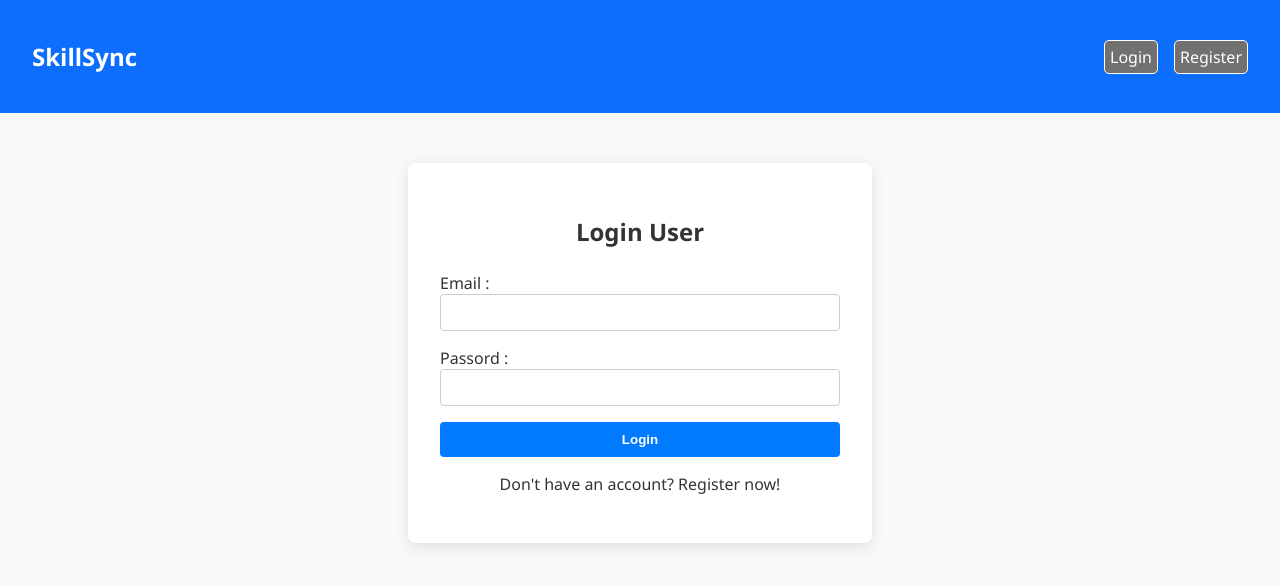
Repository: bharathabhi46/SkillSync-FrontEnd
Page: /UserList
An editor plug-in stored every save of this project. The page is shown before and after the next save, followed by the edit.
The browser window is 1280 px wide. The pictures show the whole page.
The project was rebuilt for these pictures with package versions that can differ from the ones it lists, and the page was loaded fresh each time. Also part of the build but not shown: vite.config.js, src/Components/CreateUser/CreateUser.css, src/Components/CreateUser/CreateUser.jsx, src/Components/UserList/UserList.css, src/Components/UserList/UserList.jsx, src/Components/EditUser/EditUser.css, src/Components/EditUser/EditUser.jsx, src/Components/RegisterUser/RegisterUser.css and 3 more.

Above is the page before, as saved 2025-06-28 14:20:38.

### src/main.jsx
import { StrictMode } from "react";
import { createRoot } from "react-dom/client";
import { BrowserRouter } from "react-router-dom";
import App from "./App.jsx";

createRoot(document.getElementById("root")).render(
  <BrowserRouter>
    <App />
  </BrowserRouter>
);

### src/App.jsx
import React from "react";
import CreateUser from "./Components/CreateUser/CreateUser";
import UserList from "./Components/UserList/UserList";
import EditUser from "./Components/EditUser/EditUser";
import { Route, Routes } from "react-router-dom";
import RegisterUser from "./Components/RegisterUser/RegisterUser";
import LoginUser from "./Components/LoginUser/LoginUser";
import "./App.css";
import PrivateAuth from "./Components/PrivateAuth/PrivateAuth";
import NavBar from "./Components/NavBar/NavBar";
import Home from "./Components/Home/Home";
const App = () => {
  return (
    <div>
      <NavBar />
      <Routes>
        <Route path="/" element={<Home />} />
        <Route
          path="/UserList"
          element={
            <PrivateAuth>
              <UserList />
            </PrivateAuth>
          }
        />
        <Route
          path="/EditUser/:id"
          element={
            <PrivateAuth>
              <EditUser />
            </PrivateAuth>
          }
        />
        <Route
          path="/CreateUser"
          element={
            <PrivateAuth>
              <CreateUser />
            </PrivateAuth>
          }
        />
        <Route path="/RegisterUser" element={<RegisterUser />} />
        <Route path="/LoginUser" element={<LoginUser />} />
      </Routes>
    </div>
  );
};

export default App;

### src/Components/LoginUser/LoginUser.jsx
import React, { useState } from "react";
import { useNavigate } from "react-router-dom";
import "./LoginUser.css";
const LoginUser = () => {
  let navigate = useNavigate();
  let url = "http://localhost:8080/api/users/auth/login";
  let [loginUser, setLoginUser] = useState({
    email: "",
    password: "",
  });
  function handleOnChange(e) {
    setLoginUser((prevState) => ({
      ...prevState,
      [e.target.name]: e.target.value,
    }));
  }
  async function handleSubmit(e) {
    e.preventDefault();
    try {
      let data = await fetch(url, {
        method: "POST",
        headers: {
          "Content-Type": "application/json",
        },
        body: JSON.stringify(loginUser),
      });
      setLoginUser({
        email: "",
        password: "",
      });
      alert("Login Successful");
      localStorage.setItem("userEmail", LoginUser.email);
      let user = await data.json();
      localStorage.setItem("user", JSON.stringify(user));
      navigate("/");
    } catch (err) {
      console.log("Error : ", err);
      alert("Failed to Login");
    }
  }
  return (
    <div className="login-container">
      <h2>Login User</h2>
      <form onSubmit={handleSubmit}>
        <label>Email : </label>
        <input
          type="email"
          name="email"
          value={loginUser.email}
          onChange={handleOnChange}
        />
        <label>Passord : </label>
        <input
          type="password"
          name="password"
          value={loginUser.password}
          onChange={handleOnChange}
        />
        <button type="submit">Login</button>
        <p>Don't have an account? Register now!</p>
      </form>
    </div>
  );
};

export default LoginUser;

### src/App.css
body {
  margin: 0;
  font-family: "Segoe UI", sans-serif;
  background-color: #f9f9f9;
  color: #333;
}

h2 {
  color: #333;
  margin-bottom: 1rem;
}

### src/Components/PrivateAuth/PrivateAuth.jsx
import React from "react";
import { Navigate, useNavigate } from "react-router-dom";
const PrivateAuth = ({ children }) => {
  const isLoggedIn = localStorage.getItem("userEmail") !== null;
  return isLoggedIn ? children : <Navigate to={"/LoginUser"} />;
};

export default PrivateAuth;

### src/Components/NavBar/NavBar.jsx
import React from "react";
import { Link, useNavigate } from "react-router-dom";
import "./Navbar.css";
const Navbar = () => {
  const navigate = useNavigate();
  const user = JSON.parse(localStorage.getItem("user"));
  console.log(user !== null);
  const handleLogout = () => {
    localStorage.removeItem("user");
    navigate("/LoginUser");
  };

  return (
    <nav className="navbar">
      <h3 className="logo">SkillSync</h3>
      <div className="nav-links">
        {user ? (
          <>
            <span>
              Welcome, <strong>{user.name}</strong> 👋
            </span>
            <Link to="/UserList">Users</Link>
            <Link to="/CreateUser">Create</Link>
            <button onClick={handleLogout}>Logout</button>
          </>
        ) : (
          <>
            <Link to="/LoginUser">Login</Link>
            <Link to="/RegisterUser">Register</Link>
          </>
        )}
      </div>
    </nav>
  );
};

export default Navbar;

### src/Components/LoginUser/LoginUser.css
.login-container {
  max-width: 400px;
  margin: 50px auto;
  padding: 2rem;
  background-color: white;
  box-shadow: 0 4px 16px rgba(0, 0, 0, 0.1);
  border-radius: 8px;
}

.login-container h2 {
  text-align: center;
  color: #333;
  margin-bottom: 1.5rem;
}

.login-container form {
  display: flex;
  flex-direction: column;
}

.login-container input {
  padding: 10px;
  margin-bottom: 1rem;
  border: 1px solid #ccc;
  border-radius: 4px;
}

.login-container button {
  padding: 10px;
  background-color: #007bff;
  border: none;
  color: white;
  font-weight: bold;
  border-radius: 4px;
  cursor: pointer;
}

.login-container button:hover {
  background-color: #0056b3;
}

.login-container p {
  text-align: center;
  margin-top: 1rem;
}

### src/Components/NavBar/Navbar.css
.navbar {
  display: flex;
  justify-content: space-between;
  align-items: center;
  background-color: #0d6efd;
  padding: 1rem 2rem;
  color: white;
}

.logo {
  font-size: 1.5rem;
  font-weight: bold;
}

.nav-links a,
.nav-links button {
  margin-left: 1rem;
  color: white;
  text-decoration: none;
  font-weight: 500;
  border-color: rgb(255, 255, 255);
  background-color: rgb(114, 113, 114);
  padding: 5px;
  border: 1px solid;
  border-radius: 5px;
  cursor: pointer;
}

.nav-links button:hover,
.nav-links a:hover {
  /* text-decoration: underline; */
}

Loaded but not shown: index.html (common file)

After the next save:
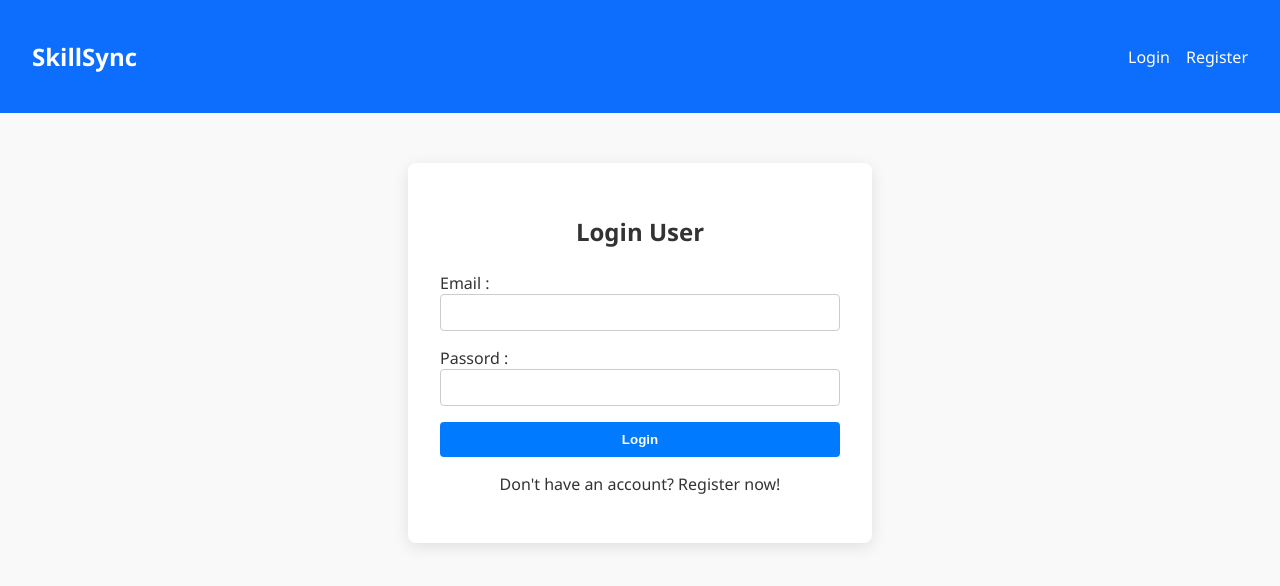
Saved 15 s later.
--- a/src/Components/NavBar/Navbar.css
+++ b/src/Components/NavBar/Navbar.css
@@ -18,15 +18,12 @@
   color: white;
   text-decoration: none;
   font-weight: 500;
-  border-color: rgb(255, 255, 255);
-  background-color: rgb(114, 113, 114);
-  padding: 5px;
-  border: 1px solid;
-  border-radius: 5px;
+  background: none;
+  border: none;
   cursor: pointer;
 }
 
 .nav-links button:hover,
 .nav-links a:hover {
-  /* text-decoration: underline; */
+  text-decoration: underline;
 }
